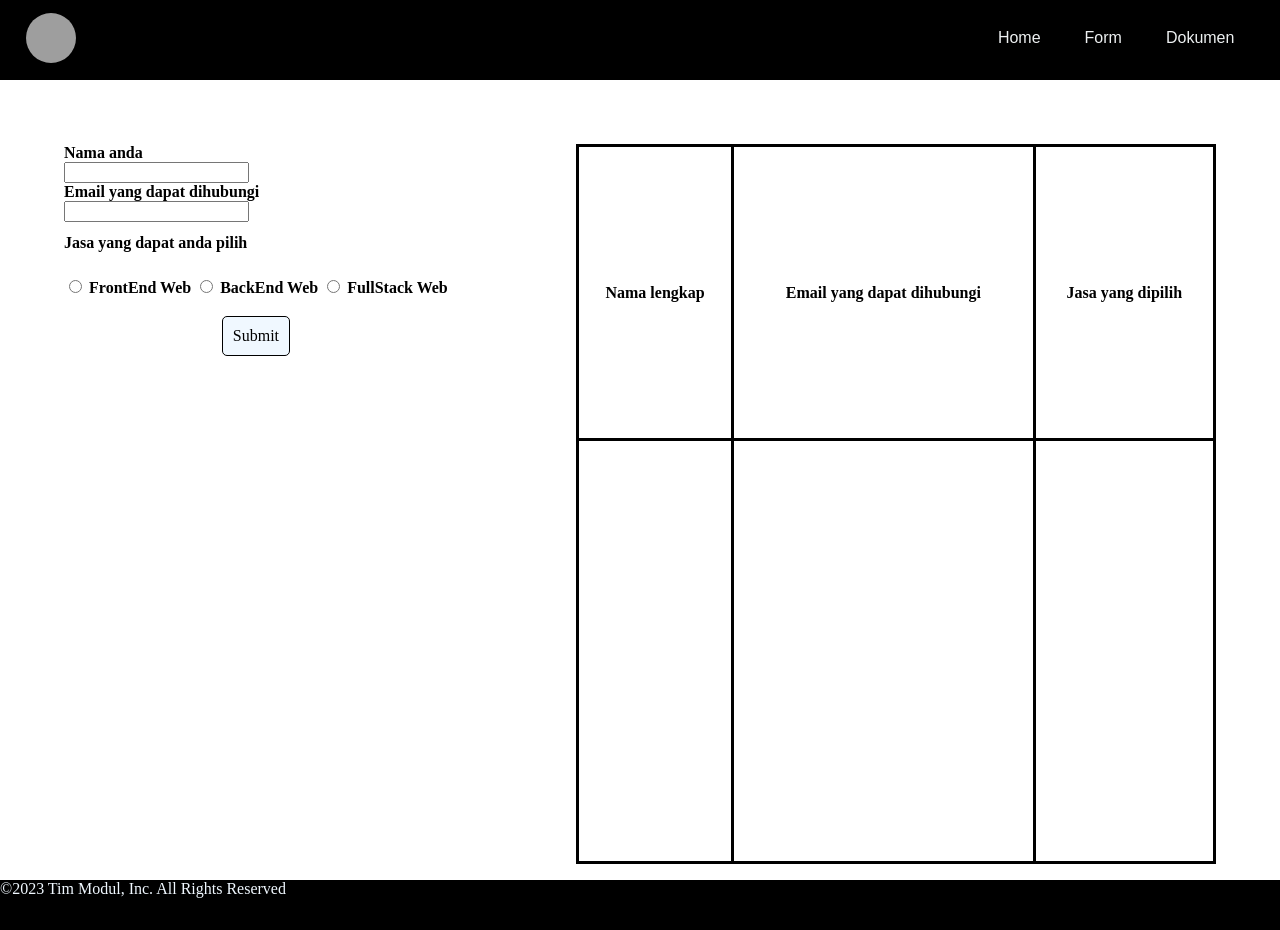
Repository: zecht12/TimModul
Page: TimModul.html
The author's editor kept a copy of each file at every save. The page is drawn from the files as they stood at one save, then again after the next save.
The browser window is 1280 px wide. The pictures show the whole page.
Pictures or frames that could not be fetched are drawn as grey boxes.

Above is the page before, as saved 2023-03-14 13:52:45.

### TimModul.html
<!DOCTYPE html>
<html lang="en">
<head>
    <meta charset="UTF-8">
    <meta http-equiv="X-UA-Compatible" content="IE=edge">
    <meta name="viewport" content="width=device-width, initial-scale=1.0">
    <link rel="stylesheet" href="style.css">
    <title>Jasa Coding</title>
</head>
<body>
    <div style="height: 80px; width: 100%; background-color: black;">
        <header>
            <img src="./assets/wallpaper.jpg" alt="Image" style="height: 50px; width: 50px; border-radius: 100%;" >
            <ul class="nav_links">
                <li><a href="#">Home</a></li>
                <li><a href="#">Form</a></li>
                <li><a href="#">Dokumen</a></li>
            </ul>
        </headers>
    </div>
    <div class="forms">
        <form>
            <label for="Nama" class="Labelnama">Nama anda</label><br>
            <input type="text" id="Nama" name="Nama" class="Nama"><br>

            <label for="Email" class="Labelemail">Email yang dapat dihubungi</label><br>
            <input type="text" id="Email" name="Email" class="Email"><br>

            <p for="Pilihan" class="Pilihan">Jasa yang dapat anda pilih</p><br>
            <div style="padding-top: 2%; padding-bottom: 5%;">
                <input type="radio" id="FrontEnd" name="fav_language" value="FrontEnd">
                <label for="FrontEnd">FrontEnd Web</label>

                <input type="radio" id="BackEnd" name="fav_language" value="BackEnd">
                <label for="BackEnd">BackEnd Web</label>

                <input type="radio" id="FullStack" name="fav_language" value="FullStack">
                <label for="FullStack">FullStack Web</label><br>
            </div>

            <div style="display: flex; justify-content: center; align-items: center;">
                <input type="submit" value="Submit" class="Button">
            </div>
        </form>
        <table style="width: 50%; height: auto; border-collapse: collapse;">
            <tr>
                <th>Nama lengkap</th>
                <th>Email yang dapat dihubungi</th>
                <th>Jasa yang dipilih</th>
            </tr>
            <tr>
                <td></td>
                <td></td>
                <td></td>
            </tr>
        </table>
    </div>
    <div style="height: 50px; width: 100%; background-color: black; justify-content: center; align-items: center;">
        <p style="color: aliceblue;">&copy;2023 Tim Modul, Inc. All Rights Reserved</p>
    </div>
</body>
</html>

### style.css
body{
    height: auto;
    width: 100%;
    margin: auto;
    padding: auto;
}
header{
    display: flex;
    align-items: center;
    justify-content: space-between;
    padding-left: 2%;
    padding-right: 2%;
    padding-top: 1%;
}
li, a, button{
    font-family: "Montserrat", sans-serif;
    font-size: 16px;
    color: #edf0f1;
    text-decoration: none;
}
.nav_links{
    list-style: none;
}
.nav_links li{
    display: inline-block;
    padding: 0px 20px;
}
.nav_links li a:hover{
    color: #0088a9;
}
.forms{
    height: 100vh;
    width: 100%;
    display: flex;
    justify-content: space-around;
    padding-top: 5%;
}
th{
    height: 30px;
    text-align: center;
    color: black;
    font: bold;
    border-style:solid;
    border-color: black;
    padding: 1%;
}
td{padding: 1%;
    height: 50px;
    text-align: center;
    color: black;
    border-style:solid;
    border-color: black;
}
label {
    color: black;
    font-weight: bold;
    width: 130px;
}
.Button {
    padding: 10px;
    border: 1px solid black;
    background-color:aliceblue;
    border-radius: 5px;
    font: inherit;
    cursor: pointer;
}
.Button:hover{
    border: 1px solid #0088a9;
    background-color:#0088a9;
    cursor: pointer;
}
.Pilihan{
    margin: auto;
    padding-top: 3%;
    font-weight: bold;
    color: black;
}

After the next save:
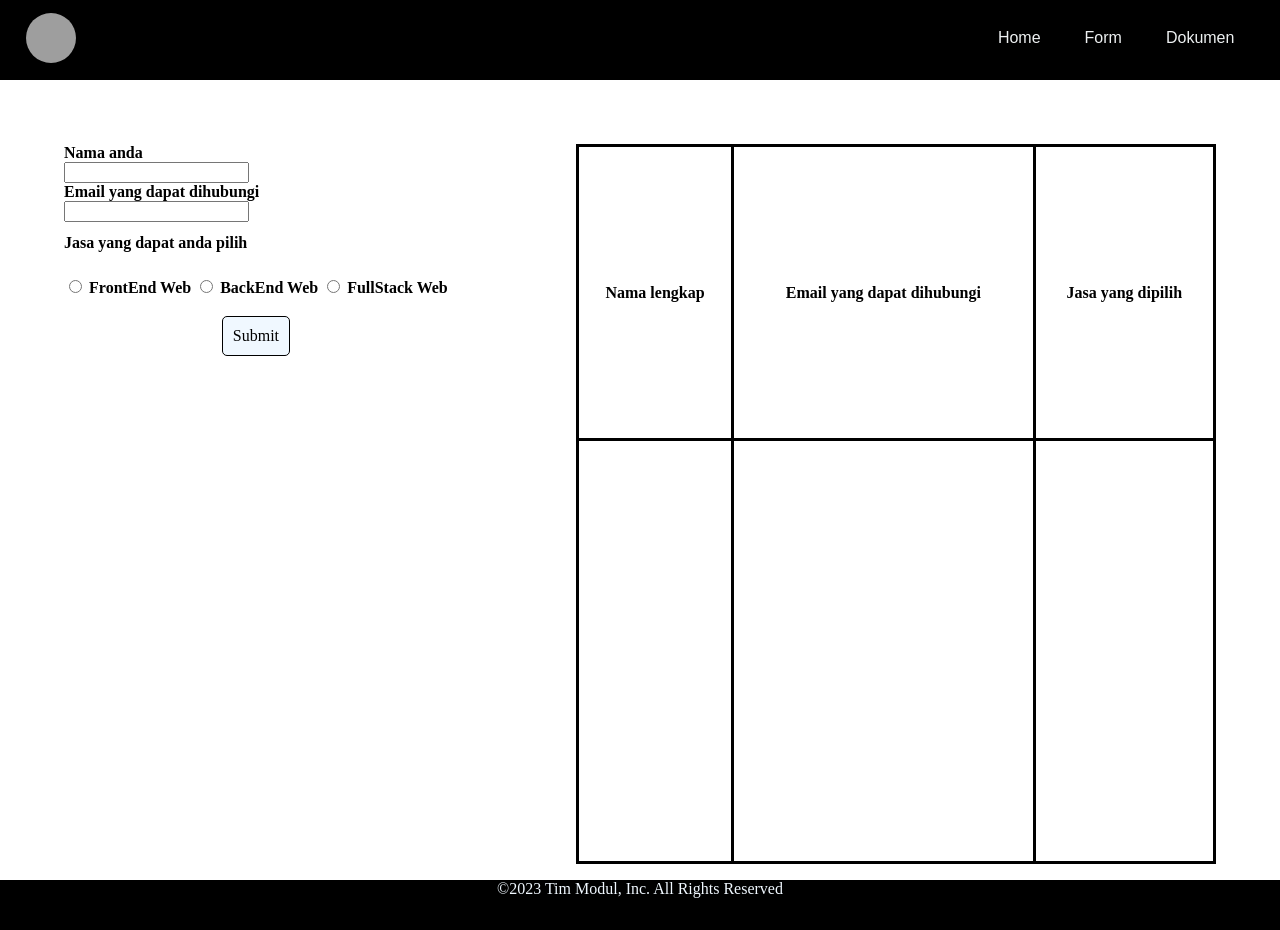
Saved 8 s later.
--- a/TimModul.html
+++ b/TimModul.html
@@ -56,7 +56,7 @@
         </table>
     </div>
     <div style="height: 50px; width: 100%; background-color: black; justify-content: center; align-items: center;">
-        <p style="color: aliceblue;">&copy;2023 Tim Modul, Inc. All Rights Reserved</p>
+        <p style="color: aliceblue; text-align: center;">&copy;2023 Tim Modul, Inc. All Rights Reserved</p>
     </div>
 </body>
 </html>
